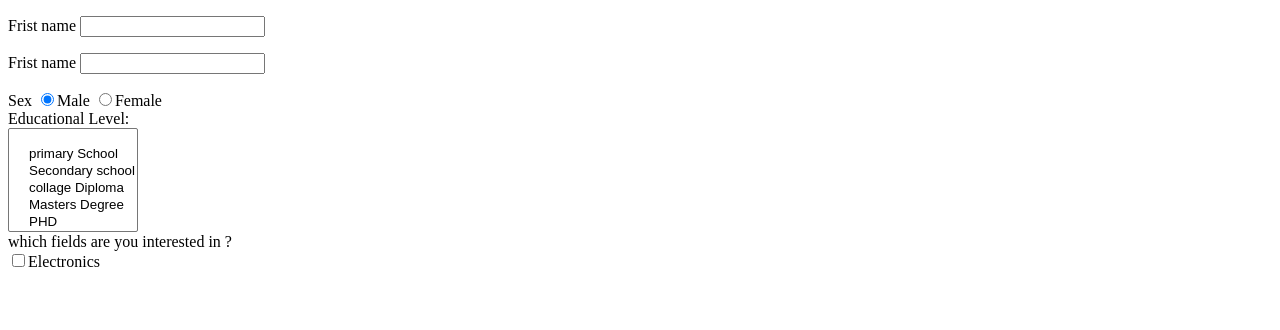
Repository: wakoya-tech/Node.js
Page: Desktop/Node-js/okey.html
The author's editor kept a copy of each file at every save. The page is drawn from the files as they stood at one save, then again after the next save.
The browser window is 1280 px wide. The pictures show the whole page.

Above is the page before, as saved 2025-11-13 16:16:00.

After the next save:
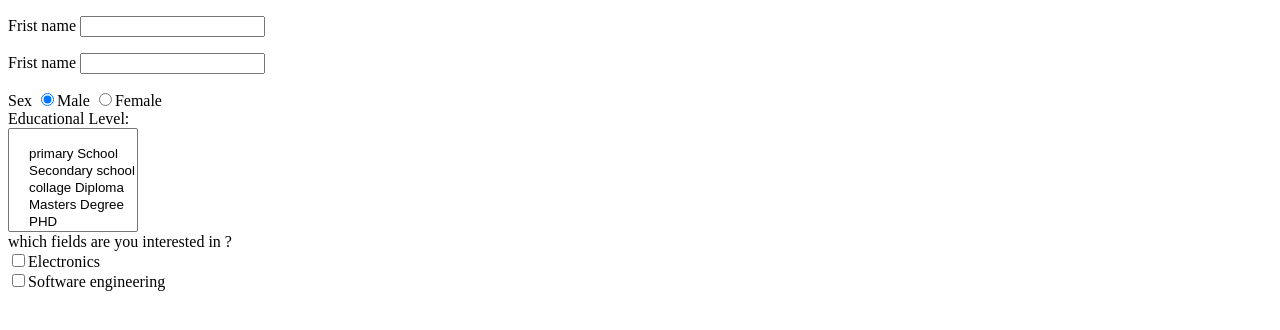
Saved 82 s later.
--- a/Desktop/Node-js/okey.html
+++ b/Desktop/Node-js/okey.html
@@ -25,5 +25,6 @@
     </select> <br>
     which fields are you interested in ?<br>
     <input type="checkbox"name="choice1"value="Electronics">Electronics <br>
+    <input type="checkbox"name="choice2"value="Software engineering">Software engineering<br>
 </body>
 </html>
